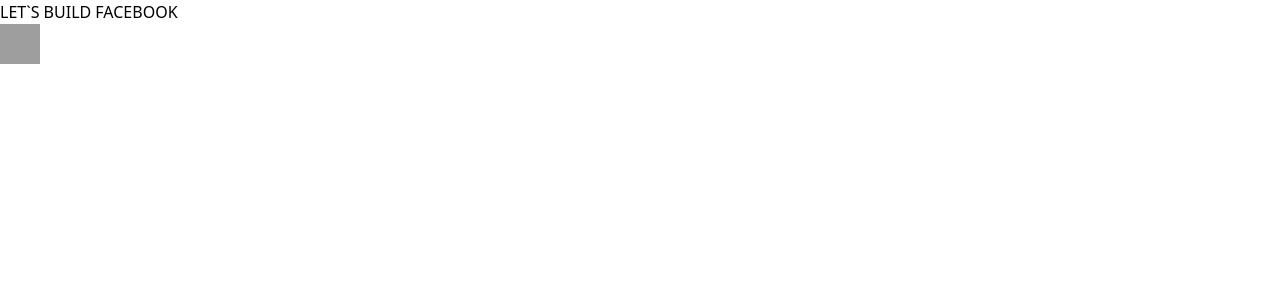
Repository: SehajBindra/Facebook-clone
Page: /
These files come from the project's save history. The page is drawn as it stood at one moment and after the next save; the edit follows.
The browser window is 1280 px wide. The pictures show the whole page.
Pictures or frames that could not be fetched are drawn as grey boxes. The project was rebuilt for these pictures with package versions that can differ from the ones it lists, and the page was loaded fresh each time. The framework's server and built-in components were replaced by stand-ins that run in the browser. Also part of the build but not shown: next.config.js, styles/Home.module.css.

Above is the page before, as saved 2022-08-17 23:33:53.

### pages/index.js
import Head from "next/head";
import Image from "next/image";
import Header from "../Components/Header";
import styles from "../styles/Home.module.css";

export default function Home() {
  return (
    <div>
      <Head>
        <title>Facebook</title>
        <meta name="description" content="Generated by create next app" />
        <link rel="icon" href="/favicon.ico" />
      </Head>

      <h1>LET`S BUILD FACEBOOK</h1>
      {/* Header */}
      <Header />

      <main>
        {/* sidebar */}
        {/* feed */}
        {/* widgets */}
      </main>
    </div>
  );
}

### Components/Header.js
import Image from "next/image";
import React from "react";

function Header() {
  return (
    <div>
      {/* left */}
      <div>
        <Image
          src="https://links.papareact.com/5me"
          layout="fixed"
          height={40}
          width={40}
        />
      </div>

      {/* center */}

      {/* right */}
    </div>
  );
}

export default Header;

Loaded but not shown: pages/_app.js (common file); styles/globals.css (common file)

After the next save:
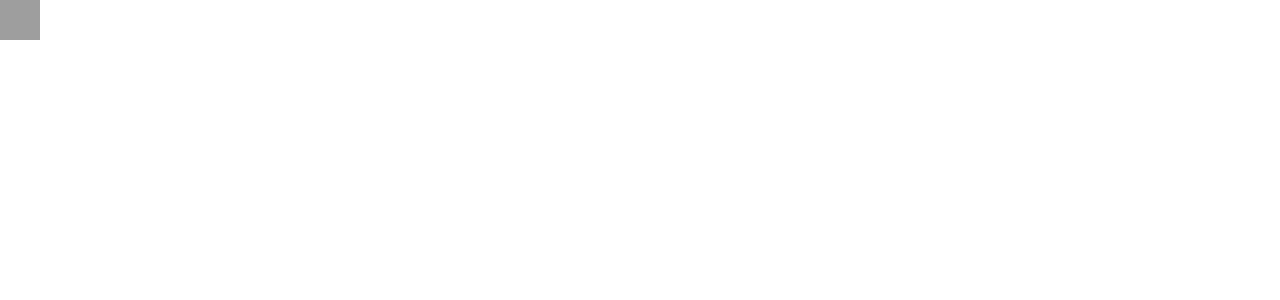
Saved 114 s later.
--- a/pages/index.js
+++ b/pages/index.js
@@ -12,7 +12,6 @@
         <link rel="icon" href="/favicon.ico" />
       </Head>
 
-      <h1>LET`S BUILD FACEBOOK</h1>
       {/* Header */}
       <Header />
 
